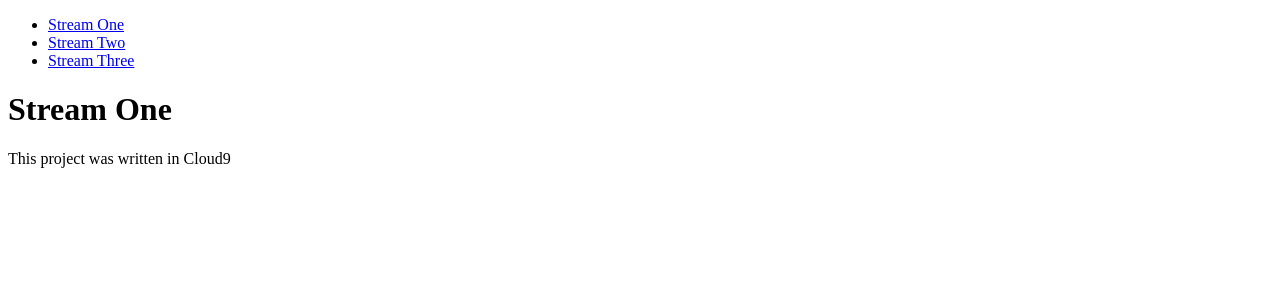
Repository: cipsim/my-first-website
Page: stream-one.html
The author's editor kept a record of every edit. The page is drawn from the files as they stood at one moment, then again after the next edit.
The browser window is 1280 px wide. The pictures show the whole page.

Above is the page before.

After the next edit:
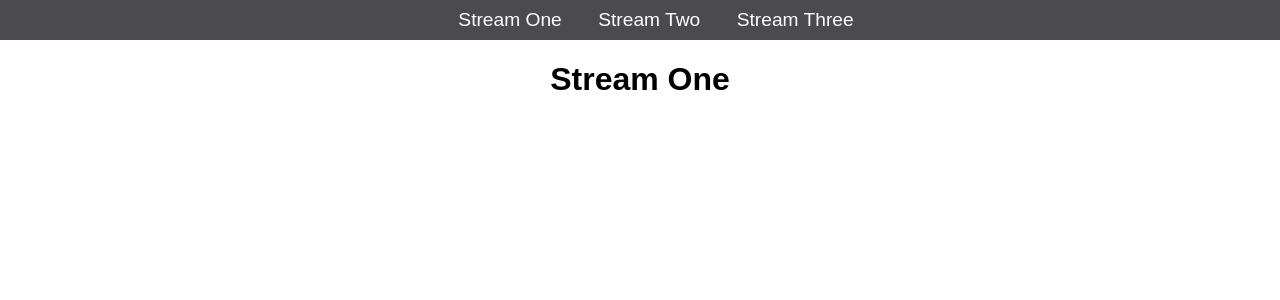
The edit:
--- a/stream-one.html
+++ b/stream-one.html
@@ -1,17 +1,18 @@
 <!DOCTYPE html>
 <html>
-    <head>
-        <title>Hello World</title>
-    </head>
-    <body>
-        <nav>
-            <ul>
-                <li> <a href="stream-one.html">Stream One</a>  </li>
-                <li> <a href="stream-two.html">Stream Two</a>  </li>
-                <li> <a href="stream-three.html">Stream Three</a>  </li>
-            </ul>
-        </nav>
-        <h1>Stream One</h1>
-        <p>This project was written in Cloud9</p>
-    </body>
+	<head>
+		<title>Hello World</title>
+		<link rel="stylesheet" href="css/style.css" type="text/css" />
+	</head>
+
+	<body>
+		<nav>
+		    <ul>
+	            <li><a href="stream-one.html">Stream One</a></li>
+		        <li><a href="stream-two.html">Stream Two</a></li>
+		        <li><a href="stream-three.html">Stream Three</a></li>
+		    </ul>
+		</nav>
+		<h1>Stream One</h1>
+	</body>
 </html>
